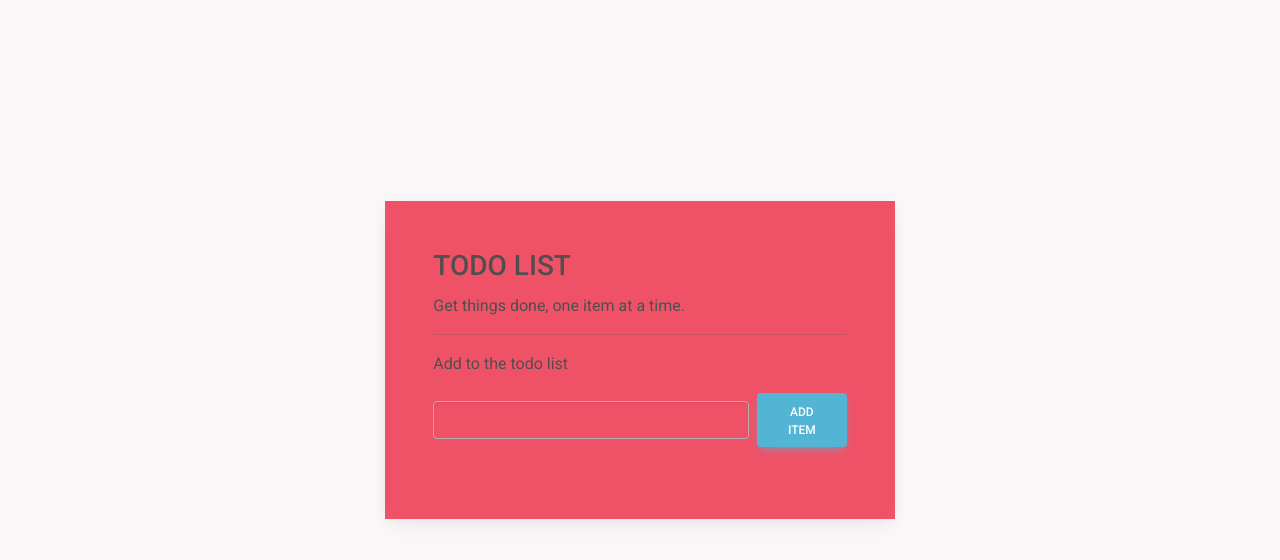
Repository: TinhTT336/MD02_HACKATHON01_HN_JV230620_BS_TranThiTinh_Basic
Page: /
An editor plug-in stored every save of this project. The page is shown before and after the next save, followed by the edit.
The browser window is 1280 px wide. The pictures show the whole page.
Some web libraries are served in a nearby version. The project was rebuilt for these pictures with package versions that can differ from the ones it lists, and the page was loaded fresh each time. Also part of the build but not shown: vite.config.js, src/App.css.

Above is the page before, as saved 2023-09-05 11:11:19.

### index.html
<!DOCTYPE html>
<html lang="en">
  <head>
    <meta charset="UTF-8" />
    <link rel="icon" type="image/svg+xml" href="/vite.svg" />
    <meta name="viewport" content="width=device-width, initial-scale=1.0" />
    <title>Vite + React</title>
    <link
      href="https://cdnjs.cloudflare.com/ajax/libs/font-awesome/6.0.0/css/all.min.css"
      rel="stylesheet"
    />
    <link
      href="https://fonts.googleapis.com/css?family=Roboto:300,400,500,700&display=swap"
      rel="stylesheet"
    />
    <link
      href="https://cdnjs.cloudflare.com/ajax/libs/mdb-ui-kit/6.2.0/mdb.min.css"
      rel="stylesheet"
    />
  </head>
  <body>
    <div id="root"></div>
    <script type="module" src="/src/main.jsx"></script>
  </body>
</html>

### src/App.jsx
import { useState } from 'react'
import './App.css'
import TodoList from './TodoList/todoList'

function App() {
  const [count, setCount] = useState(0)

  return (
    <>
      <TodoList />
    </>
  )
}

export default App

### src/index.css
/* :root {
  font-family: Inter, system-ui, Avenir, Helvetica, Arial, sans-serif;
  line-height: 1.5;
  font-weight: 400;

  color-scheme: light dark;
  color: rgba(255, 255, 255, 0.87);
  background-color: #242424;

  font-synthesis: none;
  text-rendering: optimizeLegibility;
  -webkit-font-smoothing: antialiased;
  -moz-osx-font-smoothing: grayscale;
  -webkit-text-size-adjust: 100%;
}

a {
  font-weight: 500;
  color: #646cff;
  text-decoration: inherit;
}
a:hover {
  color: #535bf2;
}

body {
  margin: 0;
  display: flex;
  place-items: center;
  min-width: 320px;
  min-height: 100vh;
}

h1 {
  font-size: 3.2em;
  line-height: 1.1;
}

button {
  border-radius: 8px;
  border: 1px solid transparent;
  padding: 0.6em 1.2em;
  font-size: 1em;
  font-weight: 500;
  font-family: inherit;
  background-color: #1a1a1a;
  cursor: pointer;
  transition: border-color 0.25s;
}
button:hover {
  border-color: #646cff;
}
button:focus,
button:focus-visible {
  outline: 4px auto -webkit-focus-ring-color;
}

@media (prefers-color-scheme: light) {
  :root {
    color: #213547;
    background-color: #ffffff;
  }
  a:hover {
    color: #747bff;
  }
  button {
    background-color: #f9f9f9;
  }
} */
body {
  background-color: #faf7f8 !important;
}
.vh-100 {
  width: 50% !important;
  margin: 0 auto !important;
}
.card-body {
  background-color: #ef5267 !important;
}

### src/TodoList/todoList.jsx
import React, { useRef, useState } from 'react'

export default function TodoList() {
    const [input, setInput] = useState("");
    const [todos, setTodos] = useState(() => {
        const list = JSON.parse(localStorage.getItem("todos")) || [];
        return list;
    });
    const inputRef = useRef();
    const [idEdit, setIdEdit] = useState(null);
    // ham them submit
    const handleSubmit = (e) => {
        e.preventDefault();
        if (input !== "") {
            const newTodo = {
                id: Date.now(),
                title: input,
                status: false,
            }
            const newList = [...todos, newTodo];
            setTodos(newList);
            localStorage.setItem("todos", JSON.stringify(newList));
            setInput("");
            inputRef.current.focus();
        }
        if (idEdit !== -1) {
            const newList = todos.map(t => t.id === idEdit ? (t = { ...t, title: input }) : (t = { ...t }));
            setTodos(newList);
            localStorage.setItem("todos", JSON.stringify(newList));
            inputRef.current.focus();
        }
    }
    // ham xoa
    const handleDelete = (id) => {
        const newList = todos.filter(t => t.id !== id);
        setTodos(newList);
        localStorage.setItem("todos", JSON.stringify(newList));
        inputRef.current.focus();
    }
    // ham sua
    const handleEdit = (id) => {
        const todoEdit = todos.find(t => t.id === id);
        setInput(todoEdit.title);
        setIdEdit(id);
        inputRef.current.focus();
    }
    // ham check
    const handleCheck = (id) => {
        const newList = todos.map(t => t.id === id ? (t = { ...t, status: !t.status }) : (t = { ...t }));
        setTodos(newList);
        localStorage.setItem("todos", JSON.stringify(newList));
        inputRef.current.focus();
    }
    return (
        <div>
            <section className="vh-100 gradient-custom">
                <div className="container py-5 h-100">
                    <div
                        className="row d-flex justify-content-center align-items-center
              h-100"
                    >
                        <div className="col col-xl-10">
                            <div className="card">
                                <div className="card-body p-5">
                                    <h3 style={{ marginBottom: 10 }}>
                                        TODO LIST
                                    </h3>
                                    <p>Get things done, one item at a time.</p>
                                    <hr></hr>
                                    {/* Tabs content */}
                                    <div className="tab-content">
                                        <div className="tab-pane fade show active">
                                            <ul className="list-group mb-0">
                                                {todos.map(t => (
                                                    <li key={t.id}
                                                        className="list-group-item d-flex
                                          align-items-center border-0 mb-2
                                          rounded justify-content-between"
                                                        style={{ backgroundColor: "#f4f6f7" }}
                                                    >
                                                        {t.status === true ? (<s>{t.title}</s>) : (<span>{t.title}</span>)}
                                                        <div>
                                                            <input
                                                                className="form-check-input me-2"
                                                                type="checkbox" checked={t.status === true} onChange={() => handleCheck(t.id)}
                                                            />
                                                            <a className="text-info" title="Sửa công việc" onClick={() => handleEdit(t.id)}>
                                                                <i
                                                                    className="fas
                                                      fa-pencil-alt
                                                      me-3"
                                                                />
                                                            </a>
                                                            <a onClick={() => handleDelete(t.id)}
                                                                className="text-danger"
                                                                title="Xóa công việc"
                                                            >
                                                                <i
                                                                    className="fas
                                                      fa-trash-alt"
                                                                />
                                                            </a>
                                                        </div>
                                                    </li>
                                                ))}
                                            </ul>
                                            <div className="tab-content">
                                                <p>Add to the todo list</p>
                                                <form onSubmit={handleSubmit}
                                                    className="d-flex justify-content-center
                              align-items-center mb-4"
                                                >
                                                    <div className="form-outline flex-fill">
                                                        <input type="text" id="form2" className="form-control" style={{ border: "1px solid #afafaf" }} value={input} onChange={(e) => setInput(e.target.value)} ref={inputRef} />
                                                        {/* <label className="form-label" htmlFor="form2">
                                                            ADD ITEM
                                                        </label> */}
                                                    </div>
                                                    <button
                                                        type="submit"
                                                        className="btn btn-info
                                  ms-2"
                                                    >
                                                        ADD ITEM
                                                    </button>
                                                </form>
                                            </div>
                                        </div>
                                    </div>
                                    {/* Tabs content */}
                                </div>
                            </div>
                        </div>
                    </div>
                </div>
            </section >

        </div >
    )
}

Loaded but not shown: src/main.jsx (common file)

After the next save:
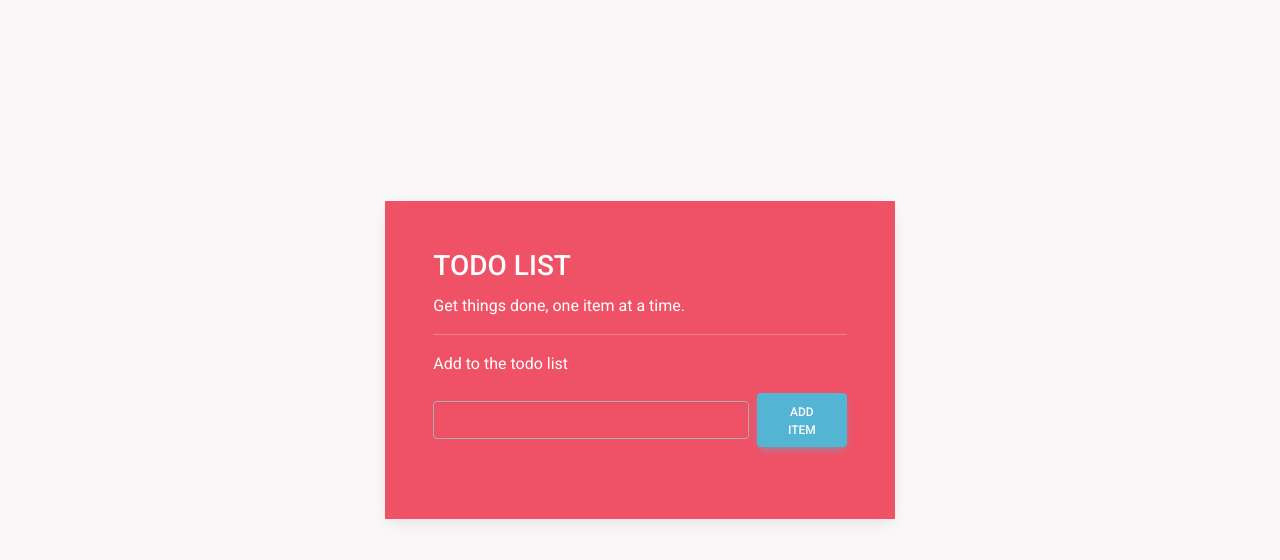
Saved 45 s later.
--- a/src/index.css
+++ b/src/index.css
@@ -76,4 +76,5 @@ body {
 }
 .card-body {
   background-color: #ef5267 !important;
+  color: #fff !important;
 }
